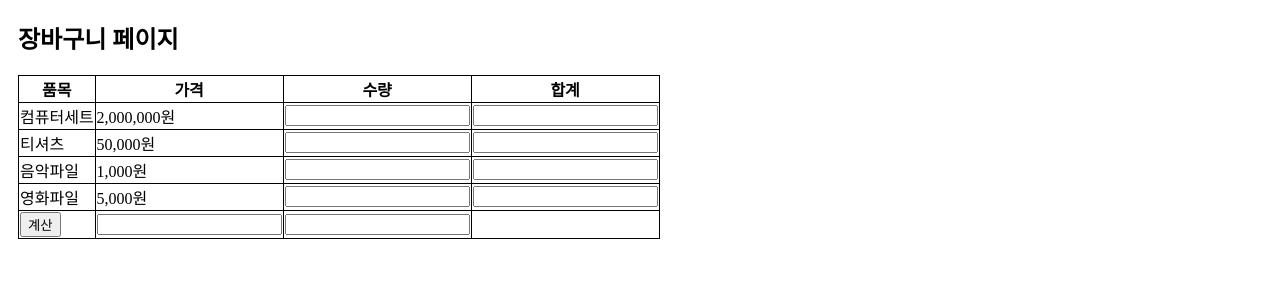
Repository: solsol7/ddit-html
Page: webpro/WebContent/work/html/shopcart.html
The author's editor kept a copy of each file at every save. The page is drawn from the files as they stood at one save, then again after the next save.
The browser window is 1280 px wide. The pictures show the whole page.

Above is the page before, as saved 2023-07-07 04:56:41.

### webpro/WebContent/work/html/shopcart.html
<!DOCTYPE html>
<html>
<head>
<meta charset="UTF-8">
<title>Insert title here</title>
<link rel="stylesheet"  href="../css/shopcart.css">
</head>
<body>
<div>
  <h2>장바구니 페이지</h2>
  <table border="1px">
    <tr>
      <th>품목</th>
      <th>가격</th>
      <th>수량</th>
      <th>합계</th>
    </tr>

    <tr>
      <td>컴퓨터세트</td>
      <td>2,000,000원</td>
      <td><input type="text" id="수량", name="수량"></td>
      <td><input type="text" id="수량", name="수량"></td>
    </tr>

    <tr>
      <td>티셔츠</td>
      <td>50,000원</td>
      <td><input type="text" id="수량", name="수량"></td>
      <td><input type="text" id="수량", name="수량"></td>
    </tr>

    <tr>
      <td>음악파일</td>
      <td>1,000원</td>
      <td><input type="text" id="수량", name="수량"></td>
      <td><input type="text" id="수량", name="수량"></td>
    </tr>

    <tr>
      <td>영화파일</td>
      <td>5,000원</td>
      <td><input type="text" id="수량", name="수량"></td>
      <td><input type="text" id="수량", name="수량"></td>
    </tr>

      <td><input type="button" value="계산"></td>
      <td><input type="text" id="수량", name="수량"></td>
      <td><input type="text" id="수량", name="수량"></td>

  </table>
</div>
</body>
</html>

### webpro/WebContent/work/css/shopcart.css
@charset "UTF-8";

table{
	border : 1px solid black;
	border-collapse: collapse;
}
div{
	margin : 10px;
}

After the next save:
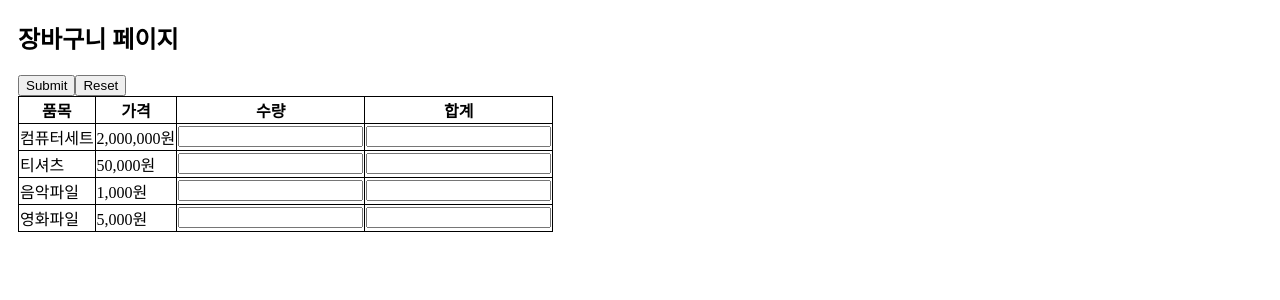
Saved 31 s later.
--- a/webpro/WebContent/work/html/shopcart.html
+++ b/webpro/WebContent/work/html/shopcart.html
@@ -44,9 +44,8 @@
       <td><input type="text" id="수량", name="수량"></td>
     </tr>
 
-      <td><input type="button" value="계산"></td>
-      <td><input type="text" id="수량", name="수량"></td>
-      <td><input type="text" id="수량", name="수량"></td>
+    <input type="submit" name="submit" id="submit">
+	<input type="reset" name="reset" id="reset">
 
   </table>
 </div>
